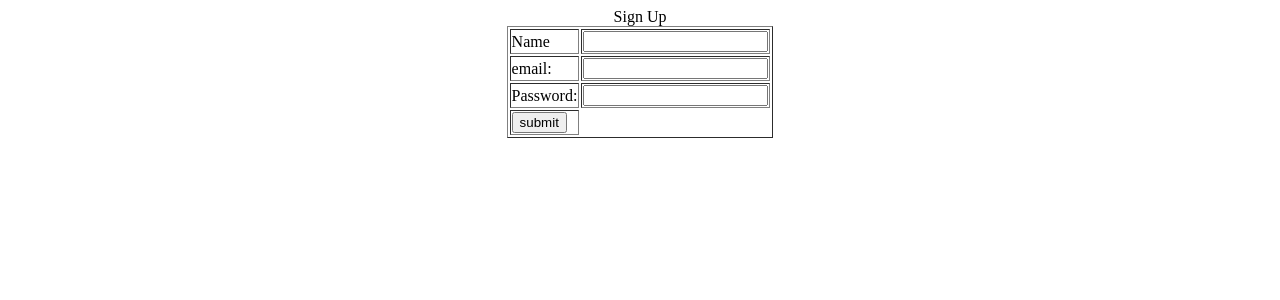
Repository: MorPhingG/JavaWeb
Page: http://localhost/Login/SignUp.jsp
These files come from the project's save history. The page is drawn as it stood at one moment and after a run of saves; the edit follows.
The browser window is 1280 px wide. The pictures show the whole page.
The page is served by Tomcat 9.

Above is the page before, as saved 2016-04-25 00:20:36.

### Login/WebContent/SignUp.jsp
<%@ page language="java" import="java.util.*" pageEncoding="UTF-8"%>
<%
String path = request.getContextPath();
String basePath = request.getScheme()+"://"+request.getServerName()+":"+request.getServerPort()+path+"/";
%>

<!DOCTYPE HTML PUBLIC "-//W3C//DTD HTML 4.01 Transitional//EN">
<html>
  <head>
    <base href="<%=basePath%>">

    <title>My JSP 'Register.jsp' starting page</title>

	<meta http-equiv="pragma" content="no-cache">
	<meta http-equiv="cache-control" content="no-cache">
	<meta http-equiv="expires" content="0">
	<meta http-equiv="keywords" content="keyword1,keyword2,keyword3">
	<meta http-equiv="description" content="This is my page">
	<!--
	<link rel="stylesheet" type="text/css" href="styles.css">
	-->

  </head>

  <body>
    <center>
    Sign Up<br>
 	<form action = "SignUpSuccess.jsp" method="post">
 	<TABLE BORDER="1">
 	<TR>
 		<TD>Name</TD>
 		<TD><input type = "text" name = "name"></TD>
 	</TR>
 	<TR>
 		<TD>email:</TD>
 		<TD><input type = "text" name = "email"></TD>
 	</TR>
 	<TR>
 		<TD>Password:</TD>
 		<TD><input type = "password" name = "password"></TD>
 	</TR>
 	<TR>

 		<TD><input type="submit" value="submit"></TD>
 	</TR>
 	</form>
 	<% String flagR = request.getParameter("flagR");
 	if(flagR!=null)
   		if(flagR.equals("Exist")) {
   out.println("Sorry, the username has already existed.");
}%>
    </center>
  </body>
</html>

After the next 2 saves:
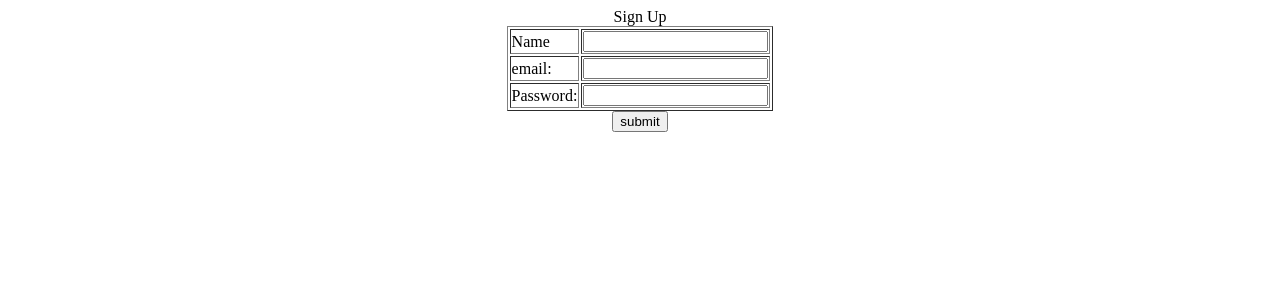
The 2 saves are shown as one change because they came seconds apart.
The last was saved 15 s later.
--- a/Login/WebContent/SignUp.jsp
+++ b/Login/WebContent/SignUp.jsp
@@ -39,8 +39,8 @@ String basePath = request.getScheme()+"://"+request.getServerName()+":"+request.
  		<TD>Password:</TD>
  		<TD><input type = "password" name = "password"></TD>
  	</TR>
+ 	</TABLE>
  	<TR>
-
  		<TD><input type="submit" value="submit"></TD>
  	</TR>
  	</form>
